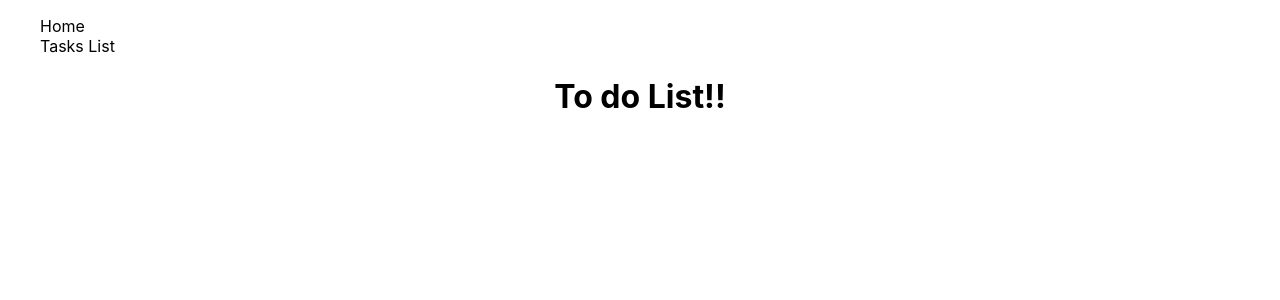
Repository: runner855/abstract_todolist
Page: /
The author's editor kept a copy of each file at every save. The page is drawn from the files as they stood at one save, then again after the next save.
The browser window is 1280 px wide. The pictures show the whole page.
The project was rebuilt for these pictures with package versions that can differ from the ones it lists, and the page was loaded fresh each time.

Above is the page before, as saved 2022-11-08 15:17:53.

After the next save:
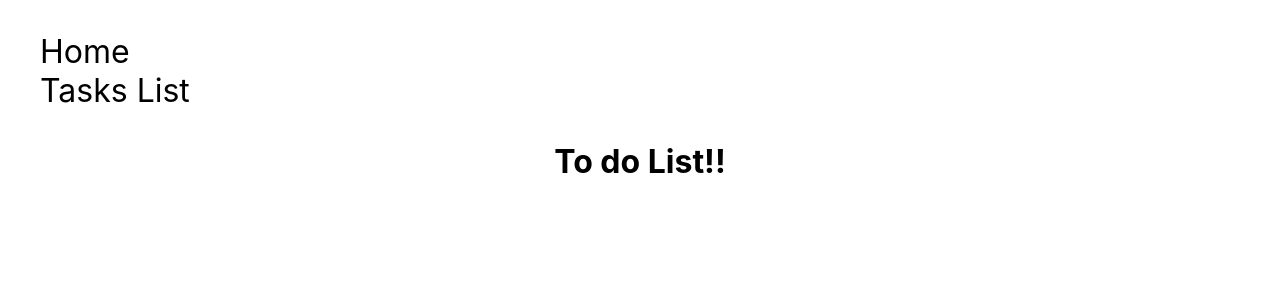
Saved 37 s later.
--- a/src/Header.css
+++ b/src/Header.css
@@ -1,4 +1,5 @@
 ul{
    text-align: left;
    list-style: none;
+   font-size: 2em;
 }
